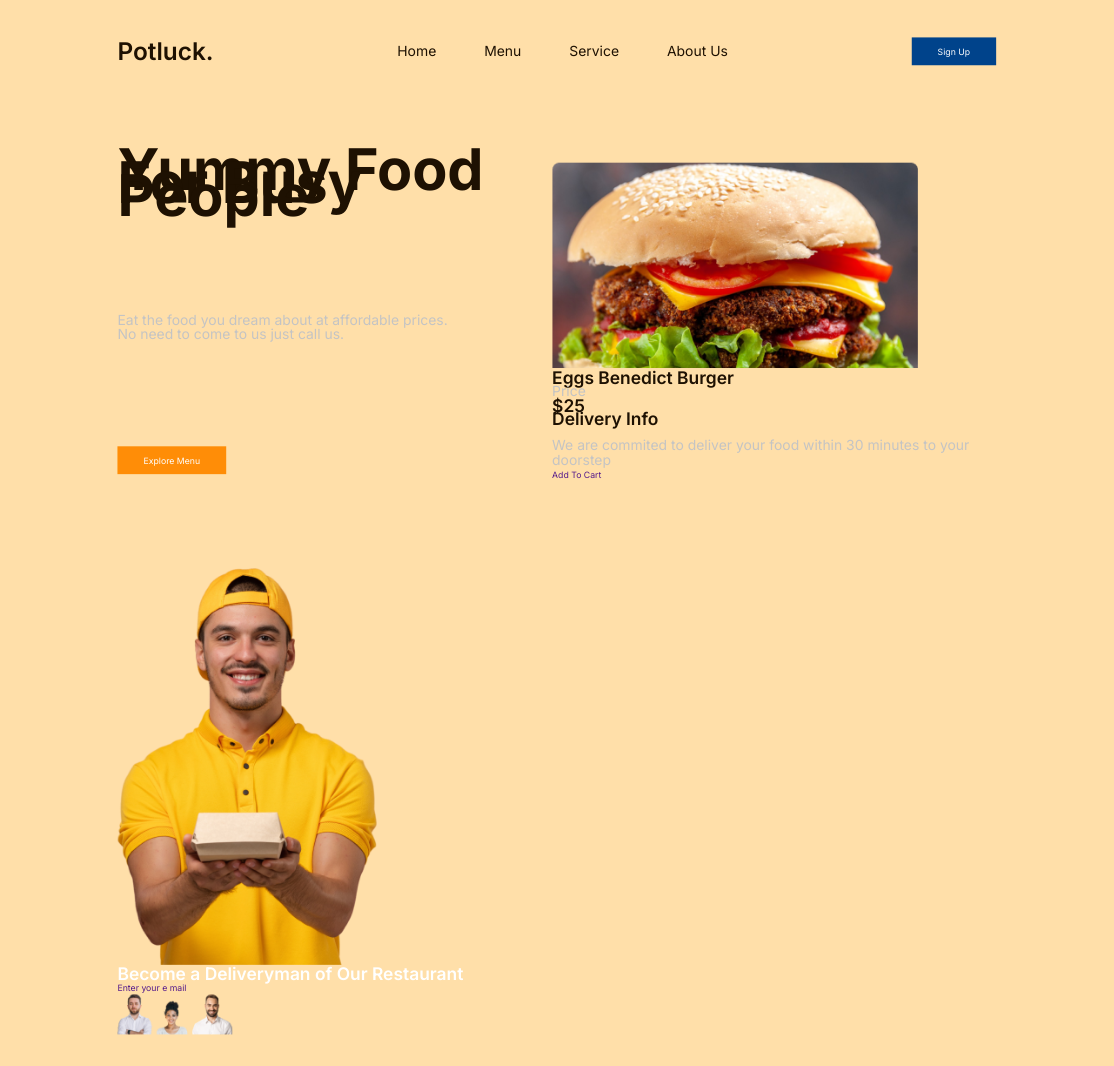
Repository: kien181999/potluck-restaurant-landing
Page: index.html
An editor plug-in stored every save of this project. The page is shown before and after a run of saves, followed by the edit.
The browser window is 1280 px wide. The pictures show the whole page, at 87% of full size.
The style sheet was rebuilt from its Sass, Less or Tailwind sources for each picture, by a compiler version that may differ from the author's.

Above is the page before, as saved 2022-06-18 06:02:02.

After the next 2 saves:
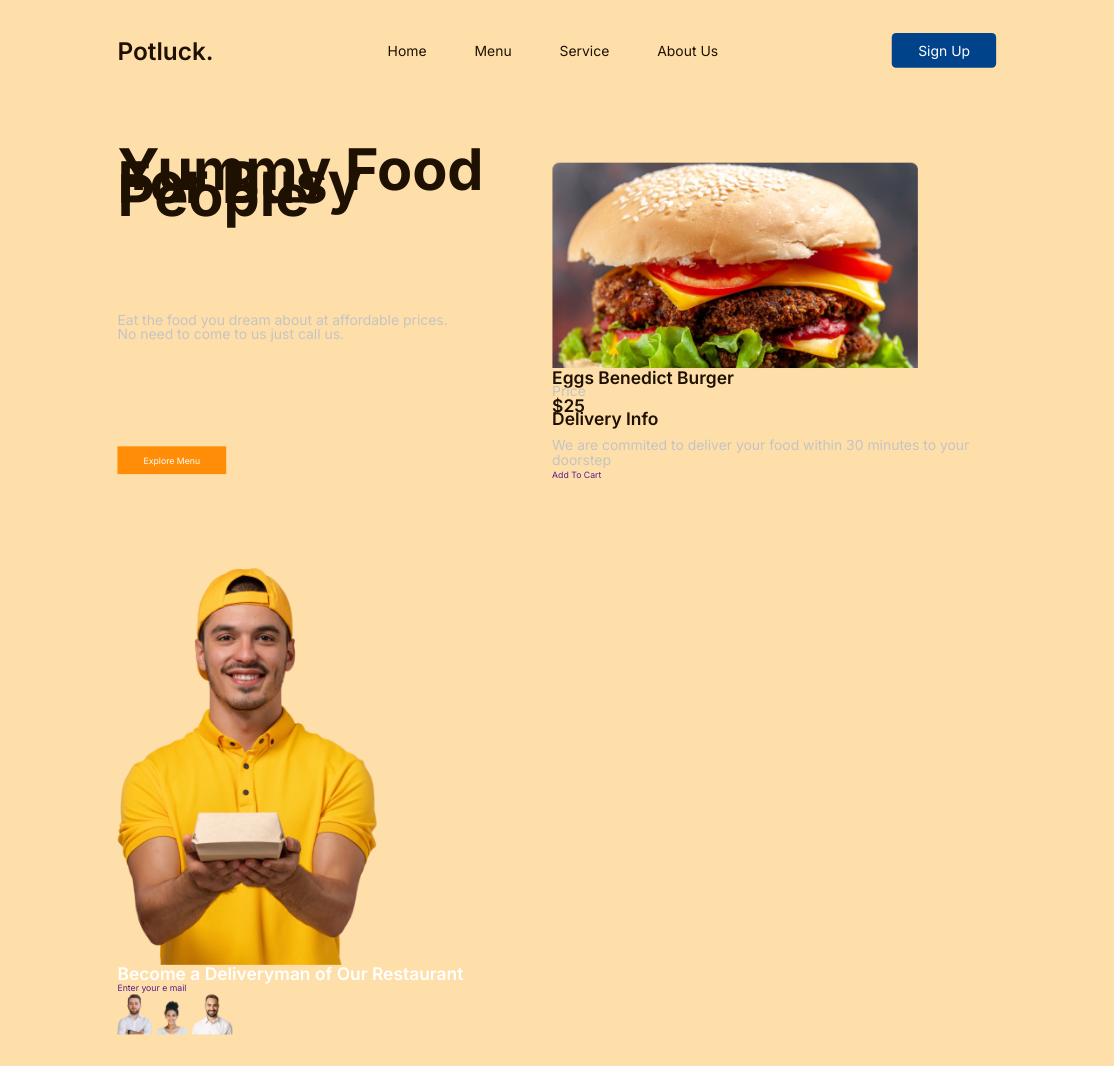
The 2 saves are shown as one change because they came seconds apart.
The last was saved 17 s later.
--- a/sass/_button.scss
+++ b/sass/_button.scss
@@ -1,13 +1,14 @@
 .btn {
-    font-size: 1.6rem;
 
-
-
-    border-radius: 5px;
     &__blue {
         background-color: var(--bold-blue-color);
         transition: all .2s;
         padding: 1rem 3rem;
+        font-size: 1.6rem;
+
+
+
+        border-radius: 5px;
         color: var(--white-color);
         &:hover {
             background-color: var(--blue-color);
